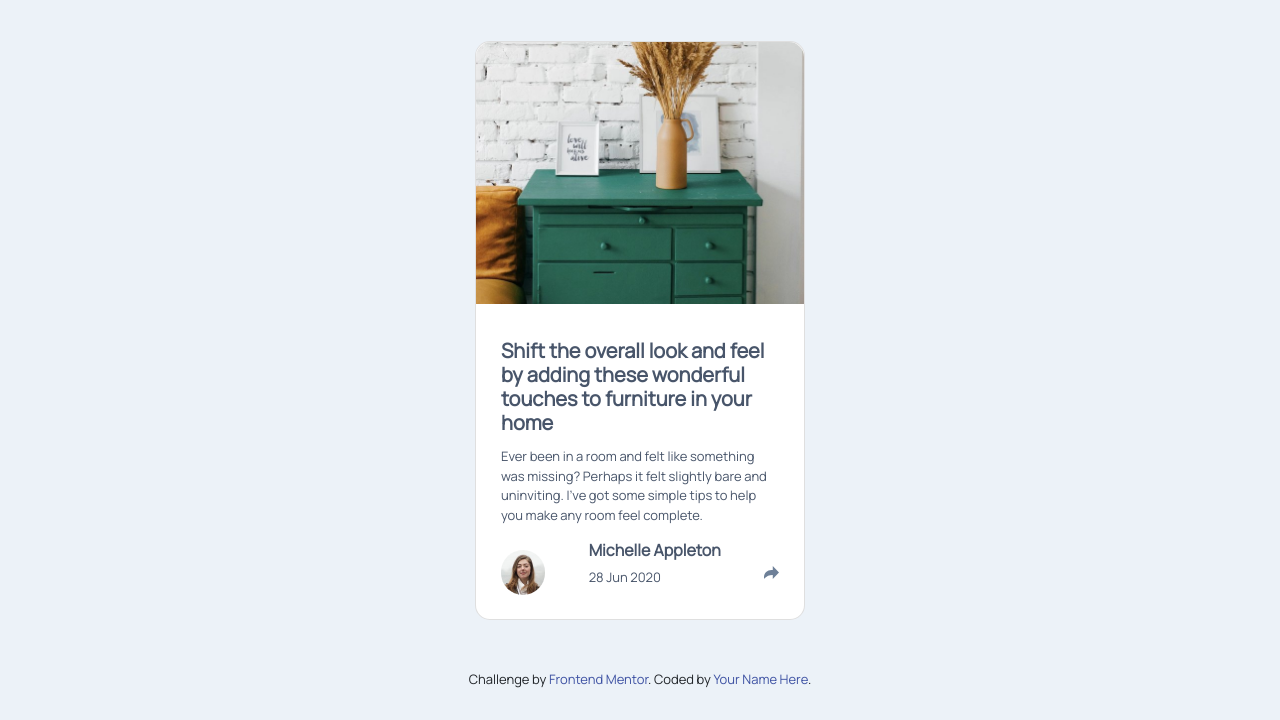
Repository: timiodulate/Article-Preview-Component
Page: index.html
The author's editor kept a copy of each file at every save. The page is drawn from the files as they stood at one save, then again after the next save.
The browser window is 1280 px wide. The pictures show the whole page.

Above is the page before, as saved 2020-07-11 12:32:10.

After the next save:
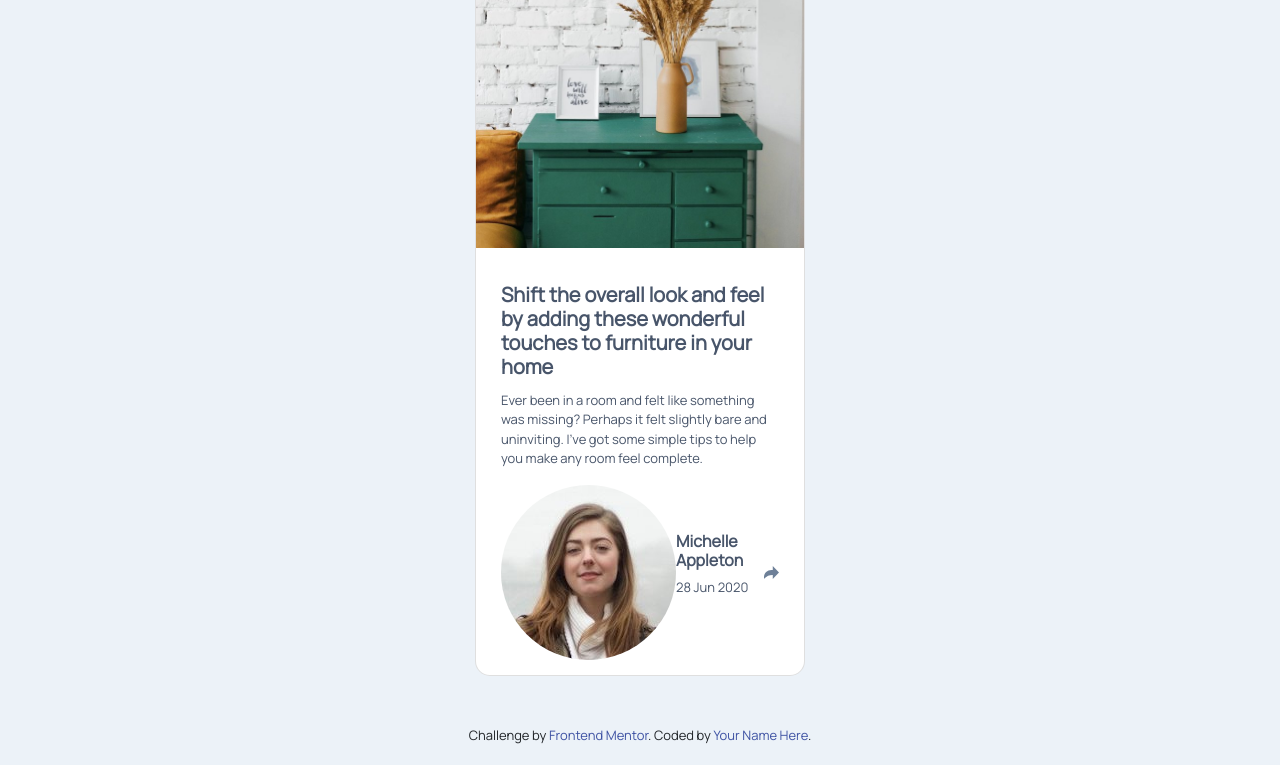
Saved 3 s later.
--- a/css/style.css
+++ b/css/style.css
@@ -60,9 +60,9 @@
 .card-body {
     padding: 35px 25px 15px;
 }
-.avatarImage {
+/* .avatarImage {
     width: 16%;
-}
+} */
 
 
 /* footer */
